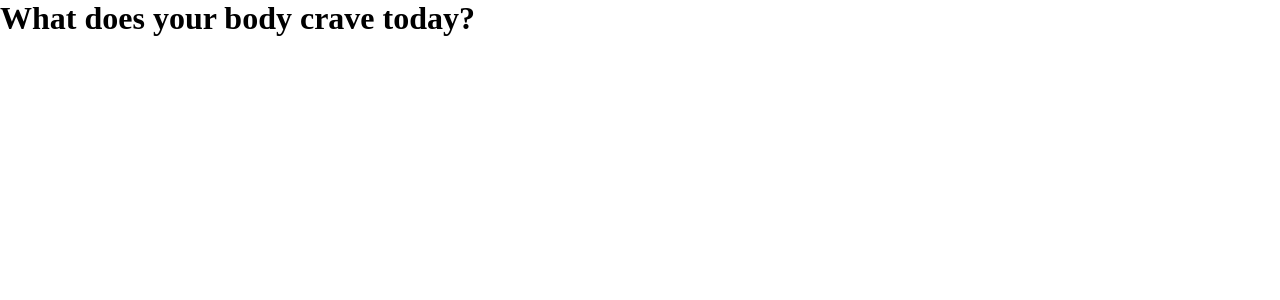
Repository: karim0829/Bella-Oter-Project
Page: index.html
An editor plug-in stored every save of this project. The page is shown before and after the next save, followed by the edit.
The browser window is 1280 px wide. The pictures show the whole page.

Above is the page before, as saved 2025-06-30 19:08:59.

After the next save:
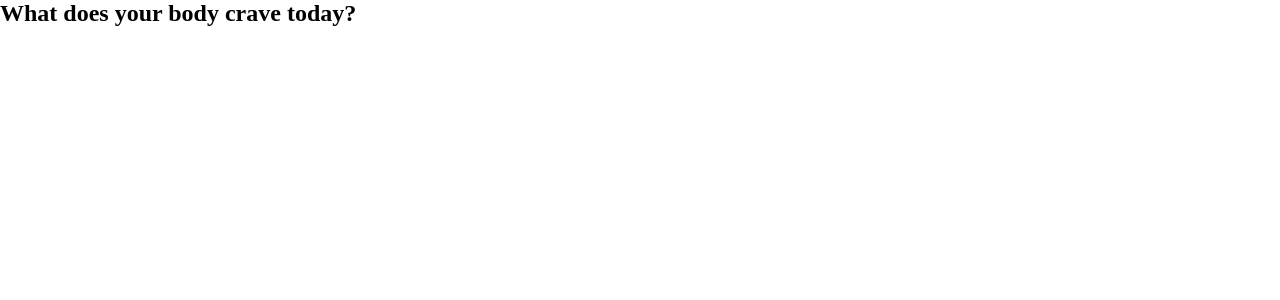
Saved 7 s later.
--- a/style.css
+++ b/style.css
@@ -4,6 +4,6 @@
     margin:0;
 }
 
-form.h1 {
+form h1 {
     font-size:24px;
 }
